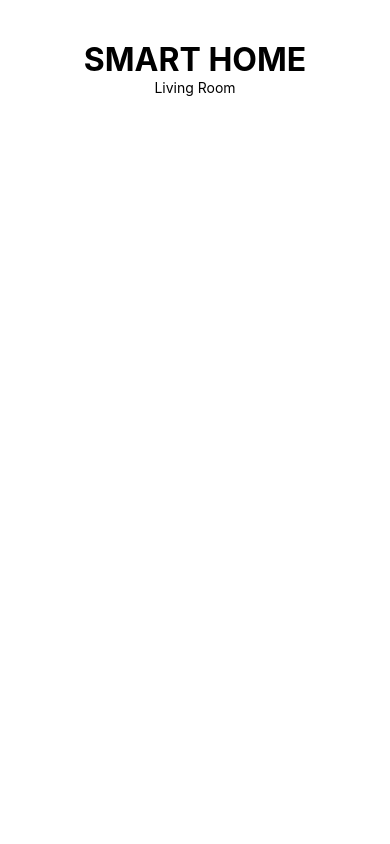
Repository: NQD2308/CNTT3
Screen: / (app in Week 5/home work/ListThietBi/)
The author's editor kept a copy of each file at every save. The screen is drawn from the files as they stood at one save, then again after a run of saves.
The app was drawn by React Native's web renderer in a window 390 px wide. The project was rebuilt for these pictures with package versions that can differ from the ones it lists, and the page was loaded fresh each time.

Above is the screen before, as saved 2024-04-11 22:30:15.

After the next 7 saves:
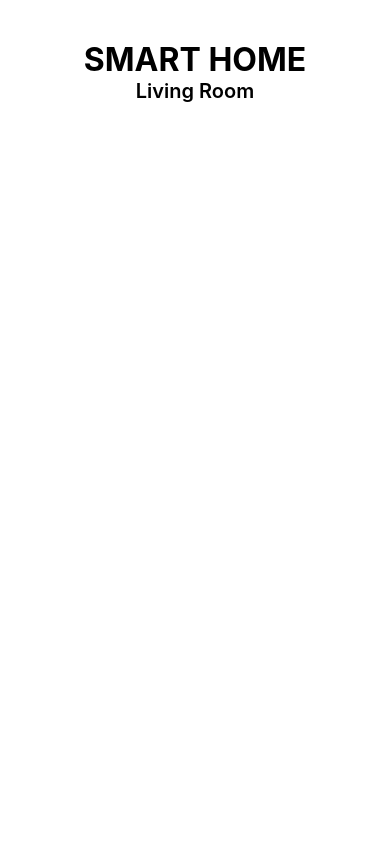
The 7 saves are shown as one change because they came seconds apart.
The last was saved 26 s later.
--- a/Week 5/home work/ListThietBi/App.js
+++ b/Week 5/home work/ListThietBi/App.js
@@ -23,6 +23,7 @@ const styles = StyleSheet.create({
     fontWeight: 'bold'
   },
   headerLittleText: {
-
+    fontSize: 20,
+    fontWeight: '600'
   },
 });
